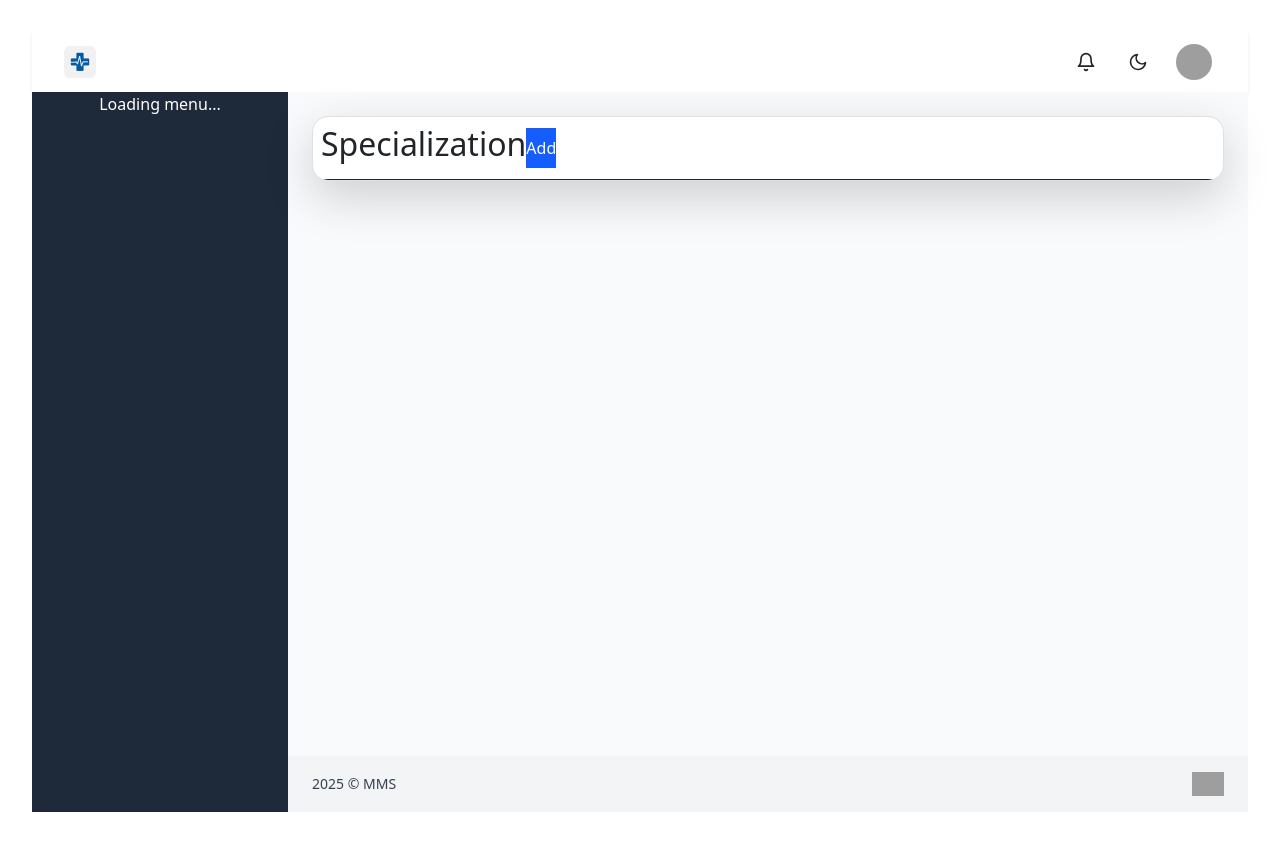
Repository: Giri1103r/Medical_Management_System
Page: /specialization (app in my-app/)
An editor plug-in stored every save of this project. The page is shown before and after the next save, followed by the edit.
The browser window is 1280 px wide. The pictures show the whole page.
Pictures or frames that could not be fetched are drawn as grey boxes. The page's requests for data from a server got no answer. The project was rebuilt for these pictures with package versions that can differ from the ones it lists, and the page was loaded fresh each time. No one was signed in, and anything a server would have sent is missing. Also part of the build but not shown: my-app/vite.config.js, my-app/src/Register.jsx, my-app/src/Home.jsx, my-app/src/Login.jsx, my-app/src/layouts/Partial/side_bar.jsx, my-app/src/Dashboard.jsx, my-app/src/api.jsx, my-app/src/Profile.jsx and 2 more.

Above is the page before, as saved 2025-09-19 09:47:34.

### my-app/index.html
<!doctype html>
<html lang="en">
  <head>
    <meta charset="UTF-8" />
    <link rel="icon" type="image/svg+xml" href="" />
    <meta name="viewport" content="width=device-width, initial-scale=1.0" />
  <title>%VITE_APP_NAME%</title>
  </head>
  <body>
    <div id="root"></div>
    <script type="module" src="/src/main.jsx"></script>
  </body>
</html>

### my-app/src/App.jsx
import { BrowserRouter as Router, Routes, Route, NavLink } from "react-router-dom";
import './App.css';
import Register from "./Register";
import Home from "./Home";
import Login from "./Login";
import Dashboard from "./Dashboard";
import Profile from "./Profile";
import { UserProvider } from "./context/UserContext";
import { MasterdataProvider } from "./context/MasterdataContext";
import Leftmenuadd from "./admin/leftmenu/Leftmenuadd";
import SpecializationAdd from "./admin/specialization/SpecializationAdd";
import SpecializationList from "./admin/specialization/SpecializationList";





function App() {
  return (
    <UserProvider>
      <MasterdataProvider>

          <Router>

            <div className="">
              <Routes>

                <Route path="/register" element={<Register />} />
                <Route path="/" element={<Login />} />
                <Route path="/dashboard" element={<Dashboard />} />
                <Route path="/profile" element={<Profile />}></Route>
                <Route path="/leftmenu" element={<Leftmenuadd />}></Route>
                <Route path="/specialization/add" element={<SpecializationAdd/>} />
                <Route path="/specialization" element={<SpecializationList/>} />
              </Routes>
            </div>
          </Router>

      </MasterdataProvider>
    </UserProvider>

  );
}

export default App;

### my-app/src/context/UserContext.jsx
import React, { createContext, useState, useEffect } from "react";
import { jwtDecode } from "jwt-decode";// fixed import for Vite

export const UserContext = createContext();

export const UserProvider = ({ children }) => {
  const [user, setUser] = useState(null);

  useEffect(() => {
    const token = localStorage.getItem("token");
    if (token) {
      try {
        const decoded = JSON.parse(atob(token.split('.')[1]));
        const userId = decoded.id;

        fetch(`/users/${userId}`, {
          headers: { Authorization: `Bearer ${token}` },
        })
          .then(res => res.json())
          .then(data => setUser(data))
          .catch(err => {
            console.error("Failed to fetch user details", err);
            setUser(null);
          });

      } catch (error) {
        console.error("Invalid token", error);
        setUser(null);
      }
    }
  }, []);


  return (
    <UserContext.Provider value={{ user, setUser }}>
      {children}
    </UserContext.Provider>
  );
};

### my-app/src/context/MasterdataContext.jsx
// src/context/MasterdataContext.jsx
import React, { createContext, useState } from "react";
import axios from "axios";

// Only declare once
export const MasterdataContext = createContext();

export const MasterdataProvider = ({ children }) => {
  const [data, setData] = useState({});
  const [loading, setLoading] = useState({});

  const fetchData = async (key, url) => {
    setLoading(prev => ({ ...prev, [key]: true }));
    try {
      const res = await axios.get(url);
      setData(prev => ({ ...prev, [key]: res.data }));
    } catch (err) {
      console.error(`Error fetching ${key}:`, err);
      setData(prev => ({ ...prev, [key]: [] }));
    } finally {
      setLoading(prev => ({ ...prev, [key]: false }));
    }
  };

  return (
    <MasterdataContext.Provider value={{ data, loading, fetchData }}>
      {children}
    </MasterdataContext.Provider>
  );
};

### my-app/src/admin/specialization/SpecializationList.jsx
import React from 'react'
import AdminLayout from '../../layouts/adminLayout';

const SpecializationList = () => {

  return (
    <AdminLayout>
      <div className=" rounded-2xl overflow-hidden shadow-lg bg-white border">

        <div className="p-2 flex items-center border-b">
          <h2 className="text-sm font-bold text-gray-800">Specialization</h2>
          <button className='float-end py-2  bg-blue-600 text-white rounded-lg hover:bg-blue-700'>Add</button>
        </div>
      </div>

    </AdminLayout>
  )
}

export default SpecializationList

### my-app/src/layouts/adminLayout.jsx
import React from "react";
import Header from "./Partial/header";
import Footer from "./Partial/footer";
import LeftMenu from "./Partial/left_menu";

const AdminLayout = ({ title, children }) => {
  return (
    <div id="wrapper" className="flex flex-col min-h-screen w-full">

      <Header title={title} />


      <div className="flex flex-grow w-full">

        <aside className="w-64 bg-gray-800 text-white min-h-screen">
          <LeftMenu />
        </aside>


        <main className="flex-grow flex flex-col bg-gray-50">
          <div className="flex-grow p-4">{children}</div>

          {/* Footer at the bottom */}
          <Footer />
        </main>
      </div>
    </div>
  );
};

export default AdminLayout;

### my-app/src/layouts/Partial/header.jsx
// Header.jsx
import React, { useContext, useEffect, useState } from "react";
import { Bell, Menu, LogOut, User,Sun,Moon } from "react-feather";
import { UserContext } from "../../context/UserContext";
import { useNavigate } from "react-router-dom";

const Header = ({ notifications, user, onLogout, title }) => {
  const [unreadCount, setUnreadCount] = useState(null);
  const [darkmode , setDarkmode] = useState(localStorage.getItem("theme")==="dark");

  useEffect(() =>{
    if(darkmode){
      document.documentElement.classList.add("dark");
      localStorage.setItem("theme","dark");
    }else {
      document.documentElement.classList.remove("dark");
      localStorage.setItem("theme", "light");
    }
  },[darkmode]);
  const navigate = useNavigate();
  const { setUser } = useContext(UserContext);

  const markAllRead = () => {
    setUnreadCount(0);
  };

  const OnLogout = () => {
    localStorage.removeItem("token");
    if (setUser) setUser(null);
    navigate("/");
  };

  return (
    <header className="flex items-center justify-between px-4 py-2 shadow-sm bg-white">
      {/* Left: Logo and Title */}
      <div className="flex items-center">
        {/* Mobile menu button */}
        <button className="lg:hidden p-2 mr-2 border rounded bg-gray-100">
          <Menu size={20} />
        </button>

        {/* Logo */}
        <a href="/dashboard" className="flex items-center">
          <img src="/images/logo.png" alt="logo" className="mx-2 h-8 w-8 rounded" />
        </a>

        {/* Page title */}
        <h5 className="ml-3 text-lg font-medium">{title}</h5>
      </div>

      {/* Right: Notifications & Profile */}
      <div className="flex items-center space-x-4">
        {/* Notification */}
        <div className="relative">
          <button
            className="relative p-2 rounded hover:bg-gray-100"
            onClick={markAllRead}
          >
            <Bell size={20} />
            {unreadCount > 0 && (
              <span className="absolute top-0 right-0 inline-flex items-center justify-center px-1.5 py-0.5 text-xs font-bold leading-none text-white bg-red-600 rounded-full transform translate-x-1/2 -translate-y-1/2">
                {unreadCount}
              </span>
            )}
          </button>
          {/* Dropdown menu */}
          <div className="absolute right-0 mt-2 w-72 bg-white border rounded shadow-lg z-50 hidden group-hover:block">
            <div className="px-4 py-2 flex justify-between items-center border-b">
              <span className="font-semibold">Notifications</span>
              {unreadCount > 0 && (
                <span
                  className="text-blue-500 text-sm cursor-pointer"
                  onClick={markAllRead}
                >
                  Mark all read
                </span>
              )}
            </div>
            {/* Optional notifications list */}
            <div className="max-h-60 overflow-y-auto"></div>
            <div className="text-center border-t py-2">
              <a
                href="/notifications"
                className="text-blue-500 text-sm hover:underline"
              >
                View all
              </a>
            </div>
          </div>
        </div>

        {/* For Theme dark and light */}

        <div className="relative">
         <button className="  p-2 rounded hover:bg-gray-100 dark:hover:bg-gray-800" onClick={() => setDarkmode(!darkmode)}
         >
          {darkmode? <Sun size={20} /> : <Moon size={20} />}
         </button>

        </div>

        {/* Profile */}
        <div className="relative group">
          <button className="flex items-center p-1 rounded hover:bg-gray-100">
            <img
              src={user?.avatar || "/logo192.png"}
              alt="avatar"
              className="h-9 w-9 rounded-full mr-2"
            />
          </button>

          {/* Dropdown menu */}
          <div className="absolute right-0 mt-2 w-48 bg-white border rounded shadow-lg z-50 hidden group-hover:block">
            <div className="px-4 py-2 border-b">{user?.name}</div>
            <a
              href="/profile"
              className="flex items-center px-4 py-2 text-gray-700 hover:bg-gray-100"
            >
              <User size={16} className="mr-2" /> My Account
            </a>
            <div className="border-t"></div>
            <button
              onClick={onLogout || OnLogout}
              className="flex items-center w-full px-4 py-2 text-gray-700 hover:bg-gray-100"
            >
              <LogOut size={16} className="mr-2" /> Logout
            </button>
          </div>
        </div>
      </div>
    </header>
  );
};

export default Header;

### my-app/src/layouts/Partial/footer.jsx
import React from "react";

const Footer = () => {
  return (
    <footer className="bg-gray-100 py-3 mt-auto">
      <div className="container mx-auto px-4">
        <div className="flex flex-col md:flex-row justify-between items-center">
          {/* Left Side */}
          <div className="text-gray-700 text-sm">
            {new Date().getFullYear()} &copy; {import.meta.env.VITE_APP_NAME}
          </div>


          <div className="hidden sm:flex items-center space-x-2 text-sm text-gray-600">

            <img
              src="/assets/images/neoehs.svg"
              className="h-6" // 25px approx
              alt=""
            />
          </div>
        </div>
      </div>
    </footer>

  );
};

export default Footer;

### my-app/src/layouts/Partial/left_menu.jsx
import React, { useEffect, useState } from 'react'
import  SidebarMenu from "./side_bar";

const left_menu = () => {
    const [menuData, setMenuData] = useState([]);

    useEffect(() => {
        fetch("http://localhost:5000/api/leftmenus/getmenus")
            .then(response => response.json())
            .then(data => setMenuData(data))
            .catch(error => console.error('Error fetching menu data:', error));
    }, []);

    return (
        <div>
            {menuData.length > 0 ? (
                <SidebarMenu menuData={menuData} />
            ) : (
                <p>Loading menu...</p>
            )}
        </div>
    )
}

export default left_menu

Loaded but not shown: my-app/src/main.jsx (common file); my-app/src/index.css (common file); my-app/src/App.css (common file)

After the next save:
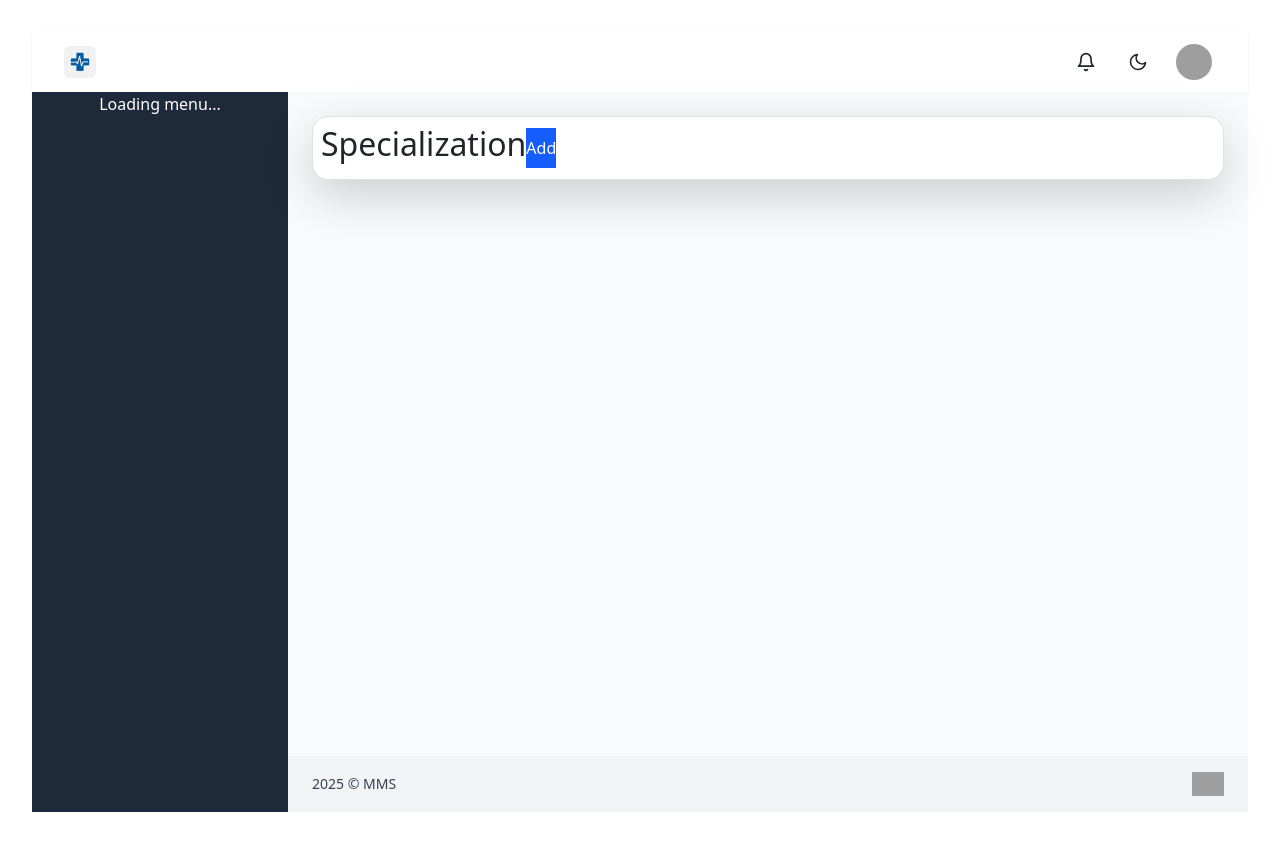
Saved 7 s later.
--- a/my-app/src/admin/specialization/SpecializationList.jsx
+++ b/my-app/src/admin/specialization/SpecializationList.jsx
@@ -7,7 +7,7 @@ const SpecializationList = () => {
     <AdminLayout>
       <div className=" rounded-2xl overflow-hidden shadow-lg bg-white border">
 
-        <div className="p-2 flex items-center border-b">
+        <div className="p-2 flex items-center">
           <h2 className="text-sm font-bold text-gray-800">Specialization</h2>
           <button className='float-end py-2  bg-blue-600 text-white rounded-lg hover:bg-blue-700'>Add</button>
         </div>
